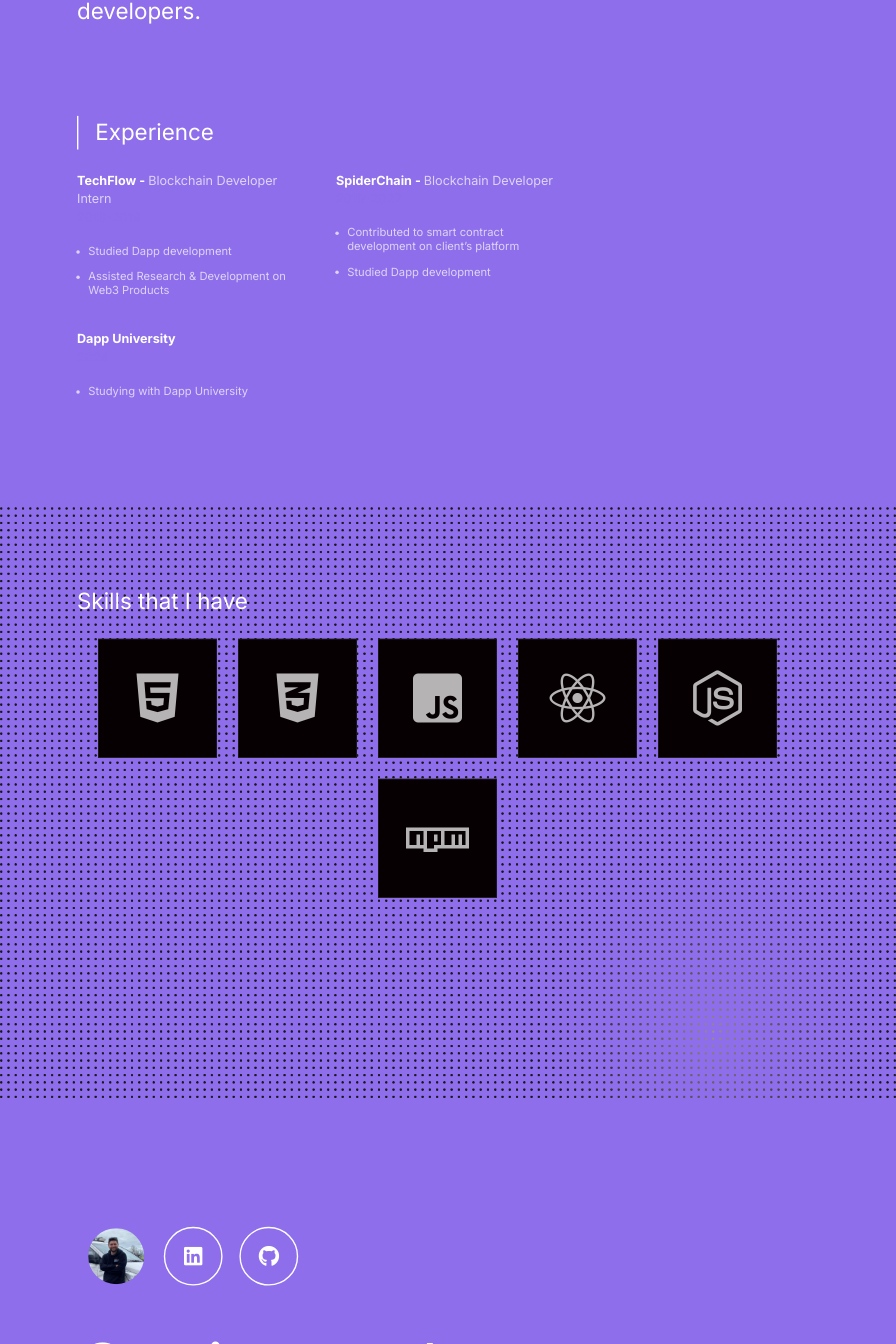
Repository: EyanIngles/Resume
Page: index.html
These files come from the project's save history. The page is drawn as it stood at one moment and after the next save; the edit follows.
The browser window is 1280 px wide. The pictures show the part of the page from y = 1961 to 3881 px (the page is 4474 px tall before and 4338 px after), at 70% of full size.
Pictures or frames that could not be fetched are drawn as grey boxes.

Above is the page before, as saved 2024-05-30 14:30:22.

After the next save:
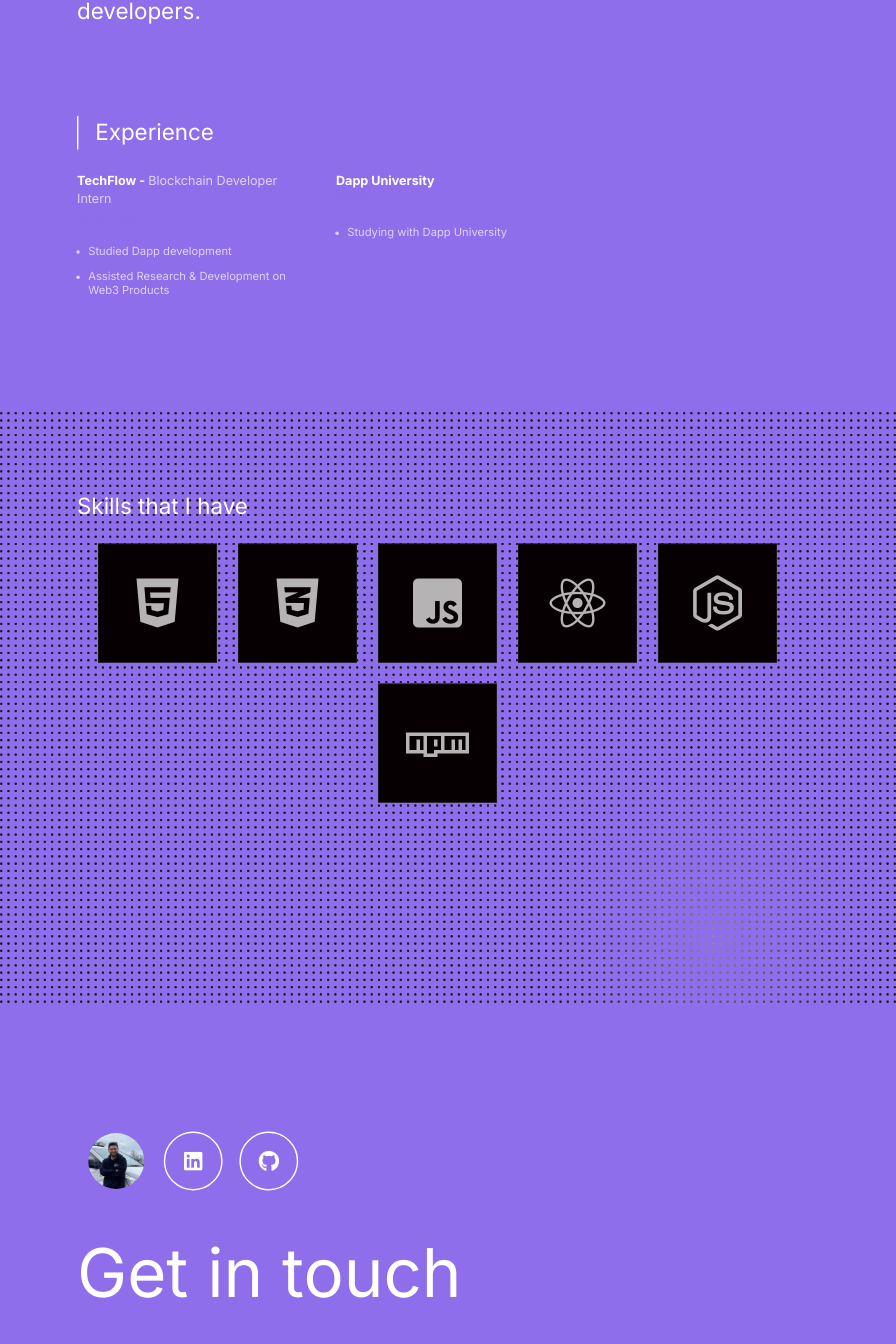
Saved 56 s later.
--- a/index.html
+++ b/index.html
@@ -112,17 +112,6 @@
                 </div>
                 <div class="experience-card">
                     <h3 class="card-title">
-                        SpiderChain - <span class="highlight">Blockchain Developer</span>
-                    </h3>
-                    <p class="card-years">2019-2022</p>
-
-                    <ul class="card-list">
-                        <li class="card-list-item">Contributed to smart contract development on client’s platform</li>
-                        <li class="card-list-item">Studied Dapp development</li>
-                    </ul>
-                </div>
-                <div class="experience-card">
-                    <h3 class="card-title">
                         Dapp University
                     </h3>
                     <p class="card-years">2024</p>
